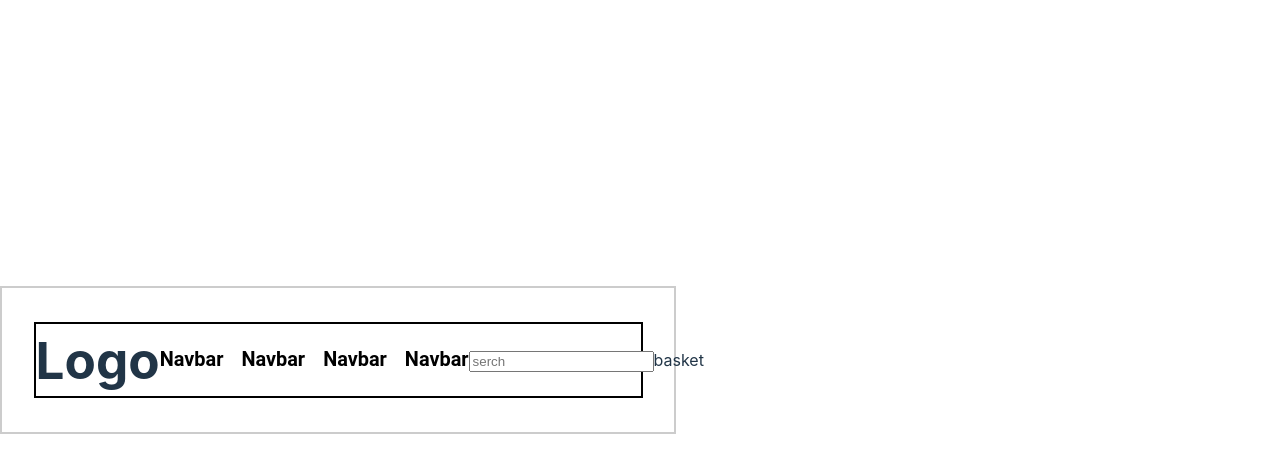
Repository: Islam432/Islam-and-Arsi---team
Page: /
The author's editor kept a copy of each file at every save. The page is drawn from the files as they stood at one save, then again after the next save.
The browser window is 1280 px wide. The pictures show the whole page.
The project was rebuilt for these pictures with package versions that can differ from the ones it lists, and the page was loaded fresh each time. Also part of the build but not shown: vite.config.js, src/App.css.

Above is the page before, as saved 2023-03-09 23:13:53.

### src/main.jsx
import React from "react";
import ReactDOM from "react-dom/client";
import App from "./App";
import "./index.css";
import { BrowserRouter } from "react-router-dom";


ReactDOM.createRoot(document.getElementById("root")).render(
  <React.StrictMode>

      <BrowserRouter>
        <App />
      </BrowserRouter>

  </React.StrictMode>
);

### src/App.jsx
import { useState } from "react";
import reactLogo from "./assets/react.svg";
import "./App.css";
import { Route, Routes } from "react-router-dom";
import { Layout } from "./components/Layout";

function App() {
  return (

    <Layout>  <Routes>
    <Route path="/" />
    <Route path="/" />
  </Routes></Layout>

  );
}

export default App;

### src/components/Layout/index.jsx
import React from 'react'
import { Navbar } from '../Navbar/Navbar'

export const Layout = ({children}) => {
  return (
  <>
 <Navbar/>
  <main>{children}</main>
  </>
  )
}

### src/components/Navbar/Navbar.jsx
import React from "react";
import { NavLink } from "react-router-dom";
import styles from "./Navbar.module.css";

export const Navbar = () => {
  return (
    <div className={styles.cont}>
      <div className={styles.allnav}>
        <h1>Logo</h1>

        <div className={styles.navbar}>
          <NavLink className={styles.NavLink}>
            <h3>Navbar</h3>
          </NavLink>
          <NavLink className={styles.NavLink}>
            <h3>Navbar</h3>
          </NavLink>
          <NavLink className={styles.NavLink}>
            <h3>Navbar</h3>
          </NavLink>
          <NavLink className={styles.NavLink}>
            <h3>Navbar</h3>
          </NavLink>

        </div>

        <div className={styles.inputblok}>
          <input type="text" placeholder="serch" />
        </div>

        <div>basket</div>
      </div>
    </div>
  );
};

### src/components/Navbar/Navbar.module.css
.cont {
  display: flex;
  align-items: center;
  justify-content: center;
  height: 20vh;
  background: #ffffff;
  border: 2px solid #ccc;
}

.allnav {
  display: flex;
  align-items: center;
  justify-content: space-around;
  width: 90%;
  height: 10vh;
  border: 2px solid black;
}
.navbar {
  display: flex;
  justify-content: space-around;
  align-items: center;
  gap: 18px;

  font-family: Roboto;
  font-style: Bold;
  font-size: 17px;

}
.NavLink{
    text-decoration: none;
    color: rgb(0, 0, 0);
}

Loaded but not shown: index.html (common file); src/index.css (common file)

After the next save:
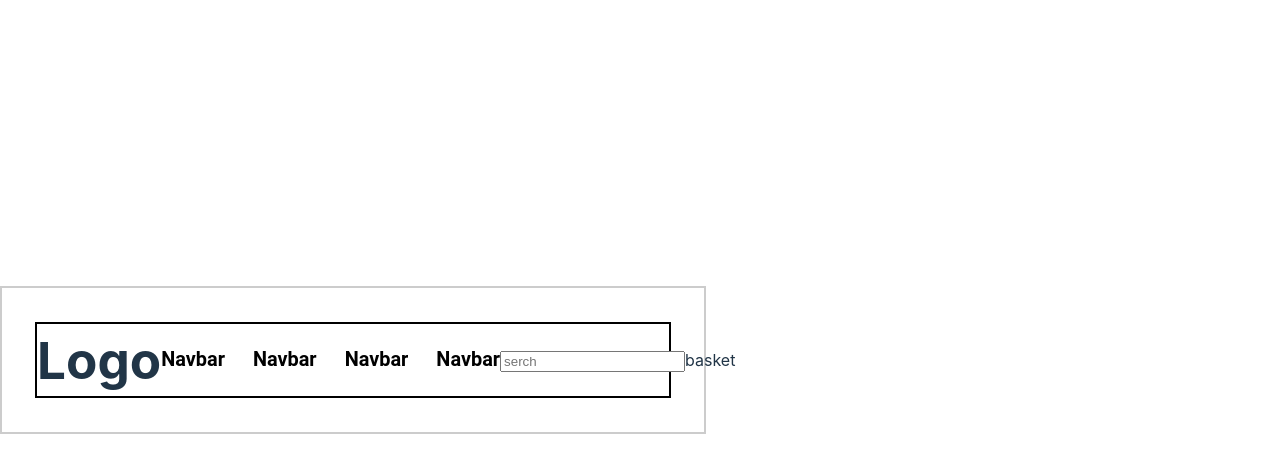
Saved 12 s later.
--- a/src/components/Navbar/Navbar.module.css
+++ b/src/components/Navbar/Navbar.module.css
@@ -19,7 +19,7 @@
   display: flex;
   justify-content: space-around;
   align-items: center;
-  gap: 18px;
+  gap: 28px;
 
   font-family: Roboto;
   font-style: Bold;
